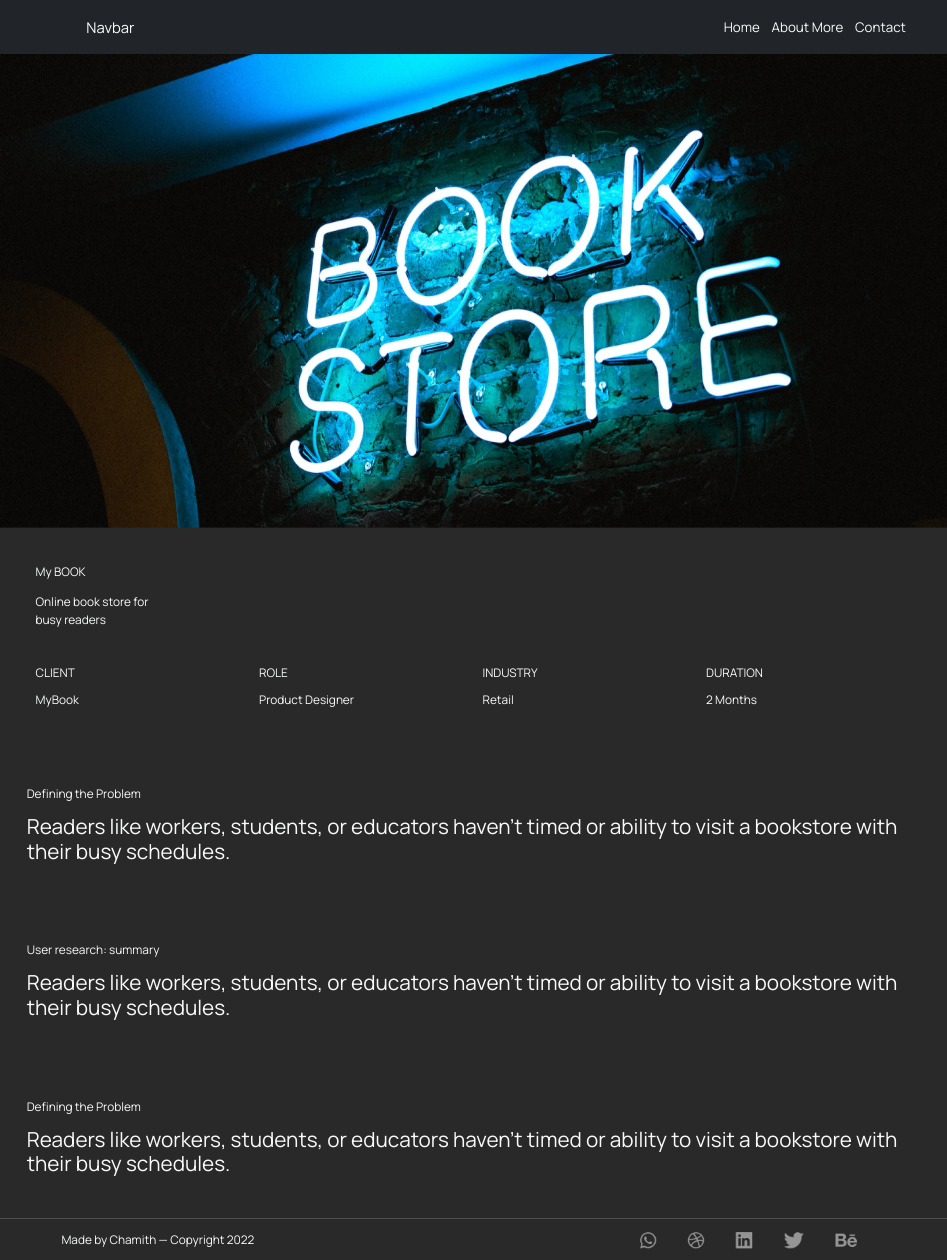
Repository: Realchamithweb/chamith-html
Page: work.html
These files come from the project's save history. The page is drawn as it stood at one moment and after the next save; the edit follows.
The browser window is 1280 px wide. The pictures show the whole page, at 74% of full size.

Above is the page before, as saved 2023-01-24 07:22:33.

### work.html
<!doctype html>
<html lang="en">
  <head>
    <!-- Required meta tags -->
    <meta charset="utf-8">
    <meta name="viewport" content="width=device-width, initial-scale=1">
    <link rel="stylesheet" href="/css/style.css">
    <!-- Bootstrap CSS -->
    <link href="https://cdn.jsdelivr.net/npm/bootstrap@5.0.2/dist/css/bootstrap.min.css" rel="stylesheet" integrity="sha384-EVSTQN3/azprG1Anm3QDgpJLIm9Nao0Yz1ztcQTwFspd3yD65VohhpuuCOmLASjC" crossorigin="anonymous">
    <link rel="stylesheet" href="https://fonts.googleapis.com/css?family=Manrope">
    <title>Hello, world!</title>
  </head>
  <body>
    <div class="main">
            <div class="head">
                <nav class="navbar navbar-expand-lg navbar-light bg-dark">
                    <div class="container-fluid">
                        <div class="col-md-1"></div>
                    <a class="navbar-brand col-md-8 text-light" href="/index.html">Navbar</a>
                    <button class="navbar-toggler" type="button" data-bs-toggle="collapse" data-bs-target="#navbarNavDropdown" aria-controls="navbarNavDropdown" aria-expanded="false" aria-label="Toggle navigation">
                        <span class="navbar-toggler-icon"></span>
                    </button>
                    <div class="collapse navbar-collapse" id="navbarNavDropdown">
                        <ul class="navbar-nav">
                        <li class="nav-item">
                            <a class="nav-link active text-light" aria-current="page" href="/index.html">Home</a>
                        </li>
                        <li class="nav-item">
                            <a class="nav-link text-light" href="/work.html">About More</a>
                        </li>
                        <li class="nav-item">
                            <a class="nav-link text-light" href="/contact.html">Contact</a>
                        </li>
                        </ul>
                    </div>
                    </div>
                </nav>
            </div>
            <section>
                <div class="row">
                    <img src="/inc/work-top.png" class="work-hero">
                </div>
            </section>
            <section>
                <div class="row">
                    <div class="container-fluid text-light ms-5 mt-5">
                        <p>My BOOK</p>
                        <h>Online book store for<br>
                            busy readers </h3>
                    </div>
                </div>
                <div class="row p-5">
                        <div class="col-lg-3 text-light">
                            <p>CLIENT</p>
                            <h6>MyBook</h6>
                        </div>
                        <div class="col-lg-3 text-light">
                            <p>ROLE</p>
                            <h6>Product Designer</h6>
                        </div>
                        <div class="col-lg-3 text-light">
                            <p>INDUSTRY</p>
                            <h6>Retail</h6>
                        </div>
                        <div class="col-lg-3 text-light">
                            <p>DURATION</p>
                            <h6>2 Months</h6>
                        </div>
                </div>
            </section>
            <section>
                <div class="row">
                    <div class="col-lg-12 text-light p-5">
                        <p>Defining the Problem</p>
                        <h3>Readers like workers, students, or educators haven't timed or ability to visit a bookstore with their busy schedules.</h3>
                    </div>
                </div>
            </section>
            <section>
                <div class="row">
                    <div class="col-lg-12 text-light p-5">
                        <p>User research: summary</p>
                        <h3>Readers like workers, students, or educators haven't timed or ability to visit a bookstore with their busy schedules.</h3>
                    </div>
                </div>
            </section>
            <section>
                <div class="row">
                    <div class="col-lg-12 text-light p-5">
                        <p>Defining the Problem</p>
                        <h3>Readers like workers, students, or educators haven't timed or ability to visit a bookstore with their busy schedules.</h3>
                    </div>
                </div>
            </section>
            <section>
              <div class="footer">
                  <div class="container-fluid">
                      <div class="row">
                          <hr class="text-light">
                          <div class="col-lg-4 text-center text-light mb-3">Made by Chamith — Copyright 2022</div>
                          <div class="col-lg-4 mb-3"></div>
                          <div class="col-lg-4 mb-3"><img src="/inc/Icons.png" class="img02"></div>
                      </div>
                  </div>
              </div>
          </section>

  </div>


    <!-- Optional JavaScript; choose one of the two! -->

    <!-- Option 1: Bootstrap Bundle with Popper -->
    <script src="https://cdn.jsdelivr.net/npm/bootstrap@5.0.2/dist/js/bootstrap.bundle.min.js" integrity="sha384-MrcW6ZMFYlzcLA8Nl+NtUVF0sA7MsXsP1UyJoMp4YLEuNSfAP+JcXn/tWtIaxVXM" crossorigin="anonymous"></script>

    <!-- Option 2: Separate Popper and Bootstrap JS -->
    <!--
    <script src="https://cdn.jsdelivr.net/npm/@popperjs/core@2.9.2/dist/umd/popper.min.js" integrity="sha384-IQsoLXl5PILFhosVNubq5LC7Qb9DXgDA9i+tQ8Zj3iwWAwPtgFTxbJ8NT4GN1R8p" crossorigin="anonymous"></script>
    <script src="https://cdn.jsdelivr.net/npm/bootstrap@5.0.2/dist/js/bootstrap.min.js" integrity="sha384-cVKIPhGWiC2Al4u+LWgxfKTRIcfu0JTxR+EQDz/bgldoEyl4H0zUF0QKbrJ0EcQF" crossorigin="anonymous"></script>
    -->
  </body>
</html>

### css/style.css
.main{
    background-color: #292929;
    font-family: 'Manrope', serif;
    overflow-x: hidden;

}
.navbar{
    padding-top: 15px!important;
    padding-bottom: 15px!important;
}
.nav-link{
    font-size: 18px!important;
}
.hero{
    margin-top: 66px;
}

.hero-img{
    margin-top: 3em;
}

.hero-title{
    font-style: normal;
    font-weight: 400;
    font-size: 54px;
    line-height: 64px;
    margin-left: 96px;
}

.hero-text{
    font-style: normal;
    font-weight: 400;
    font-size: 20px;
    line-height: 30px;
    margin-left: 96px;
}

.hero-btn{
    margin-left: 96px;
}

.work-img:hover img{
        opacity: 0.5;
}

.work-img {
    position: relative;
  }

  .bg-color
  .work-img img {
    width: 100%;
    opacity: 1;
    transition: opacity 0.5s;
  }
.work-img .text {
    position: absolute;
    top: 50%;
    left: 50%;
    transform: translate(-50%, -50%);
    text-align: center;
    color: white;
  }

  .work-hero{
    width: 1440px;
    height: 640px;
    left: 0px;
    top: 0px;
  }
/*
.hero-title{
    position: absolute;
    width: 824px;
    height: 192px;
    left: 96px;
    top: 240px;

    font-family: 'Inter';
    font-style: normal;
    font-weight: 400;
    font-size: 54px;
    line-height: 64px;
    color: #000000;
}

.hero-text{
    position: absolute;
    width: 824px;
    height: 90px;
    left: 96px;
    top: 456px;

    font-family: 'Inter';
    font-style: normal;
    font-weight: 400;
    font-size: 20px;
    line-height: 30px;
    /* or 150% */
    /* color: #000000
}

.hero-btn{
    box-sizing: border-box;
    position: absolute;
    width: 341.57px;
    height: 57px;
    left: 96px;
    top: 634px;

    background: #FFFFFF;
    border: 1px solid #000000;
    border-radius: 4px;
}

.f-row{
    display: flex;
    flex-direction: row;
    justify-content: center;
    align-items: center;
    padding: 8px;
    gap: 32px;

    position: absolute;
    height: 48px;
    left: 96px;
    top: 836px;
}

.img00{
    display: flex;
    flex-direction: row;
    justify-content: center;
    align-items: center;
    padding: 8px;
    gap: 32px;

    position: absolute;
    width: 198px;
    height: 48px;
    left: 96px;
    top: 836px;

}

.img01{
    position: absolute;
    width: 612px;
    height: 888px;
    left: 96px;
    top: 964px;
    border-radius: 4px;
}

.img01:hover{
    background: linear-gradient(0deg, rgba(0, 0, 0, 0.6), rgba(0, 0, 0, 0.6)), url("/inc/Bookstore.png"), #292929;
}

.img02{
    position: absolute;
    width: 612px;
    height: 888px;
    left: 732px;
    top: 1102px;

    background: url(3ffea8135910975.Y3JvcCwxMDgwLDg0NCwwLDExNw.png), #292929;
    border-radius: 4px;
}  */

After the next save:
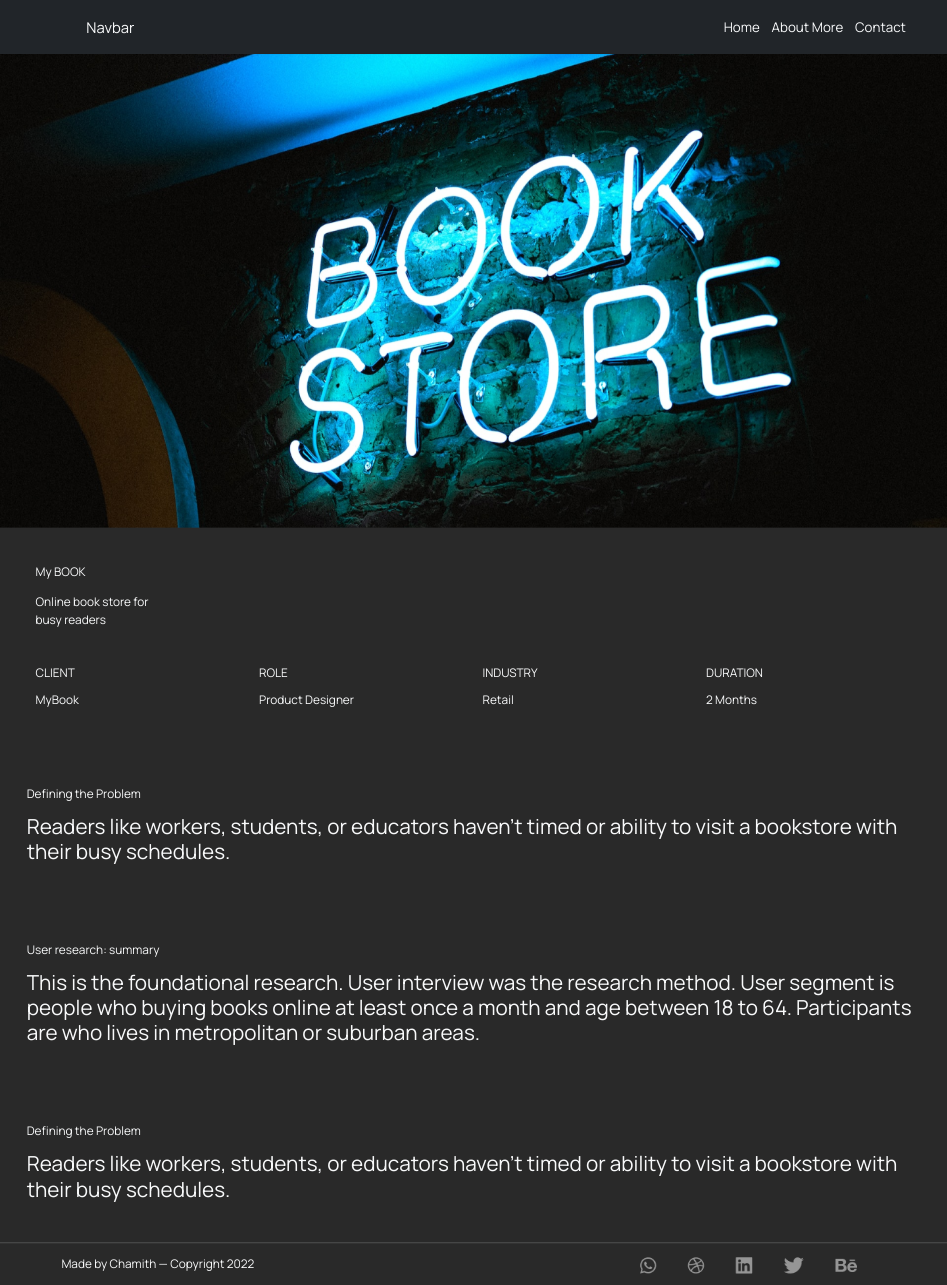
Saved 13 s later.
--- a/work.html
+++ b/work.html
@@ -80,7 +80,7 @@
                 <div class="row">
                     <div class="col-lg-12 text-light p-5">
                         <p>User research: summary</p>
-                        <h3>Readers like workers, students, or educators haven't timed or ability to visit a bookstore with their busy schedules.</h3>
+                        <h3>This is the foundational research. User interview was the research method. User segment is people who buying books online at least once a month and age between 18 to 64. Participants are who lives in metropolitan or suburban areas.</h3>
                     </div>
                 </div>
             </section>
